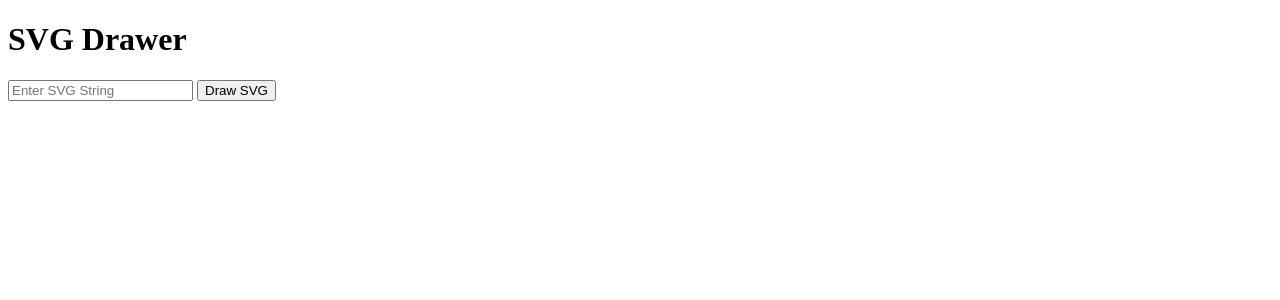
Repository: fabsch225/Nassi-Shneiderman-Compiler
Page: demo.html
An editor plug-in stored every save of this project. The page is shown before and after the next save, followed by the edit.
The browser window is 1280 px wide. The pictures show the whole page.

Above is the page before, as saved 2024-05-15 20:45:17.

After the next save:
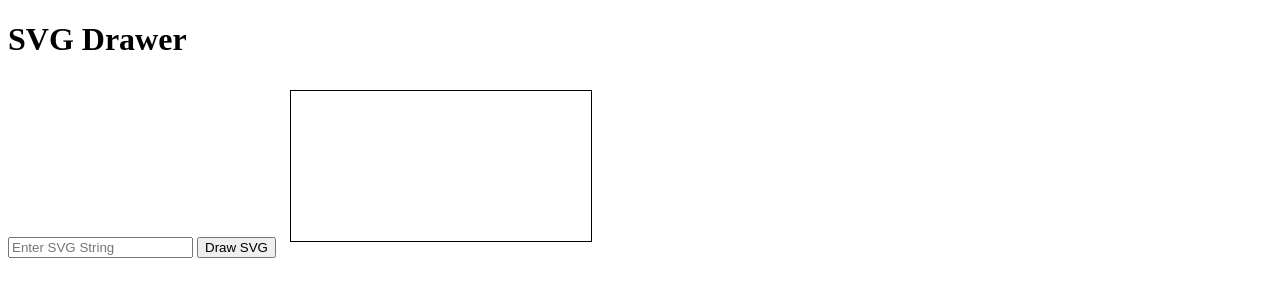
Saved 65 s later.
--- a/demo.html
+++ b/demo.html
@@ -15,7 +15,7 @@
 <h1>SVG Drawer</h1>
 <input type="text" id="svgInput" placeholder="Enter SVG String">
 <button onclick="drawSVG()">Draw SVG</button>
-<div id="svgContainer"></div>
+<svg id="svgContainer"></svg>
 
 <script>
     function drawSVG() {
